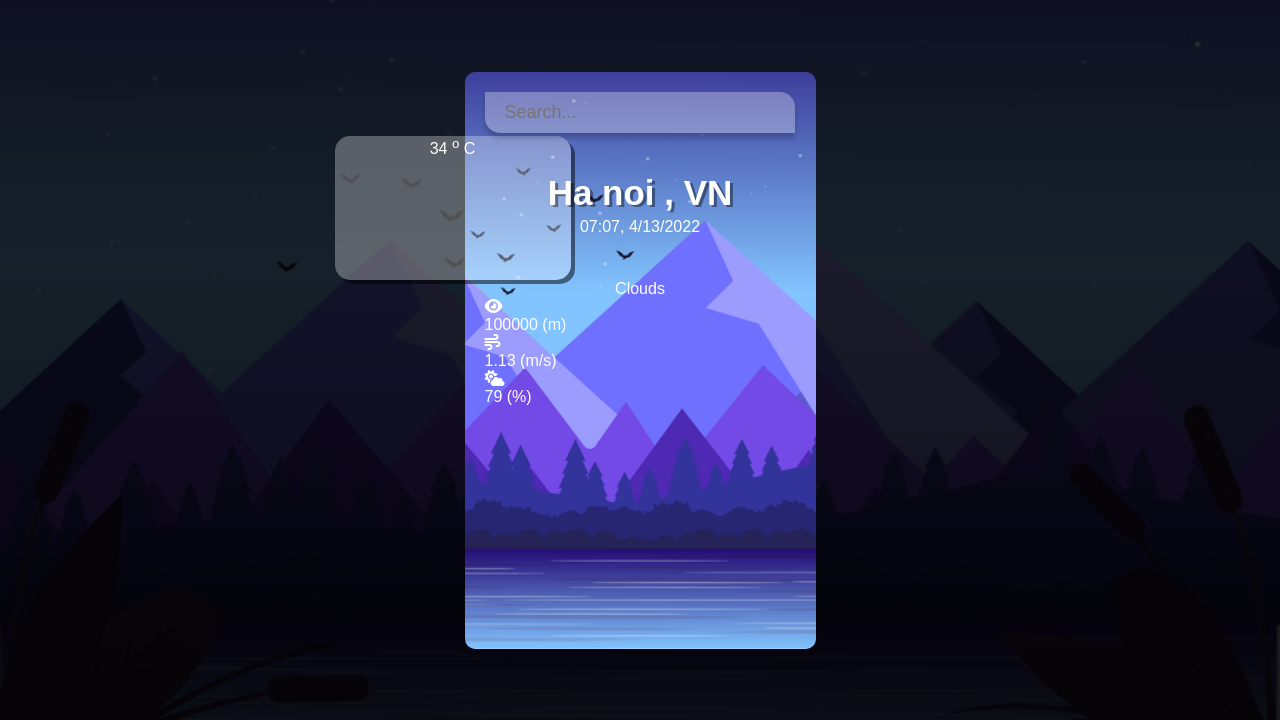
Repository: nganha241/weather-app
Page: index.html
These files come from the project's save history. The page is drawn as it stood at one moment and after the next save; the edit follows.
The browser window is 1280 px wide. The pictures show the whole page.
Some web libraries are served in a nearby version.

Above is the page before, as saved 2022-04-13 09:40:54.

### index.html
<!DOCTYPE html>
<html lang="en">
  <head>
    <meta charset="UTF-8" />
    <meta http-equiv="X-UA-Compatible" content="IE=edge" />
    <meta name="viewport" content="width=device-width, initial-scale=1.0" />
    <title>Document</title>
    <link rel="stylesheet" href="./style.css" />
  </head>
  <body>
    <div id="weather">
      <div class="header">
        <input type="text" placeholder="Search..." />
      </div>
      <div class="content">
        <div class="city">Ha noi , <span class="country">VN</span></div>
        <div class="time">07:07, <span class="date">4/13/2022</span></div>
        <div class="deg">34 <sup>o</sup> C</div>
        <div class="status">Clouds</div>
      </div>
      <div class="footer">
        <div class="detail">
          <div class="distance">
            <div><i class="fa-solid fa-eye"></i></div>
            <div>100000 <span>(m)</span></div>
          </div>
          <div class="speed">
            <div><i class="fa-solid fa-wind"></i></div>
            <div>1.13 <span>(m/s)</span></div>
          </div>
          <div class="humidity">
            <div><i class="fa-solid fa-cloud-sun"></i></div>
            <div>79 <span>(%)</span></div>
          </div>
        </div>
      </div>
    </div>
    <script
      src="https://kit.fontawesome.com/ae971d7ee0.js"
      crossorigin="anonymous"
    ></script>
    <script src="./main.js"></script>
  </body>
</html>

### style.css
* {
    padding: 0;
    margin: 0;
    box-sizing: border-box;
}

body {
    font-family: sans-serif;
    height: 100vh;
    display: flex;
    justify-content: center;
    align-items: center;
    background: linear-gradient(to top, rgba(0, 0, 0, 0.9), rgba(0, 0, 0, 0.8)), url(./img1.png) no-repeat center/cover;
    color: #fff;
}

#weather {
    padding: 20px;
    width: 351px;
    height: 577px;
    border: none;
    border-radius: 10px;
    background: url(./img1.png) no-repeat center/cover;
}

.header input{
    width: 310px;
    height: 41px;
    border-radius: 0px 15px 0px 15px;
    border: none;
    background: rgba(255, 255, 255, 0.3);
    box-shadow: 0px 5px 5px rgba(0, 0, 0, 0.2);
    outline: none;
    font-size: 18px;
    padding: 0 20px;
    transition: 0.4s;
}

.header input:focus {
    border-radius: 15px 0px 15px 0px;
    background: rgba(255, 255, 255, 0.7);
}

.content {
    margin-top: 40px;
    text-align: center;
}

.city {
    font-size: 35px;
    font-weight: 600;
    text-shadow: 3px 2px rgba(0, 0, 0, 0.4);
}

.time {
    margin-top: 5px;
}

.deg {
    width: 236px;
    height: 144px;
    border-radius: 15px;
    background: rgba(255, 255, 255, 0.3);
    box-shadow: 4px 4px rgba(0, 0, 0, 0.5);
    /* position: fixed;
    top: 50%;
    left: 50%;
    transform: translate(-50%, -50%); */
    top: 50%;
    left: 50%;
    margin-left: -150px;
margin-top: -100px;
}

Loaded but not shown: main.js (no copy from this time; the picture is the same without it)

After the next save:
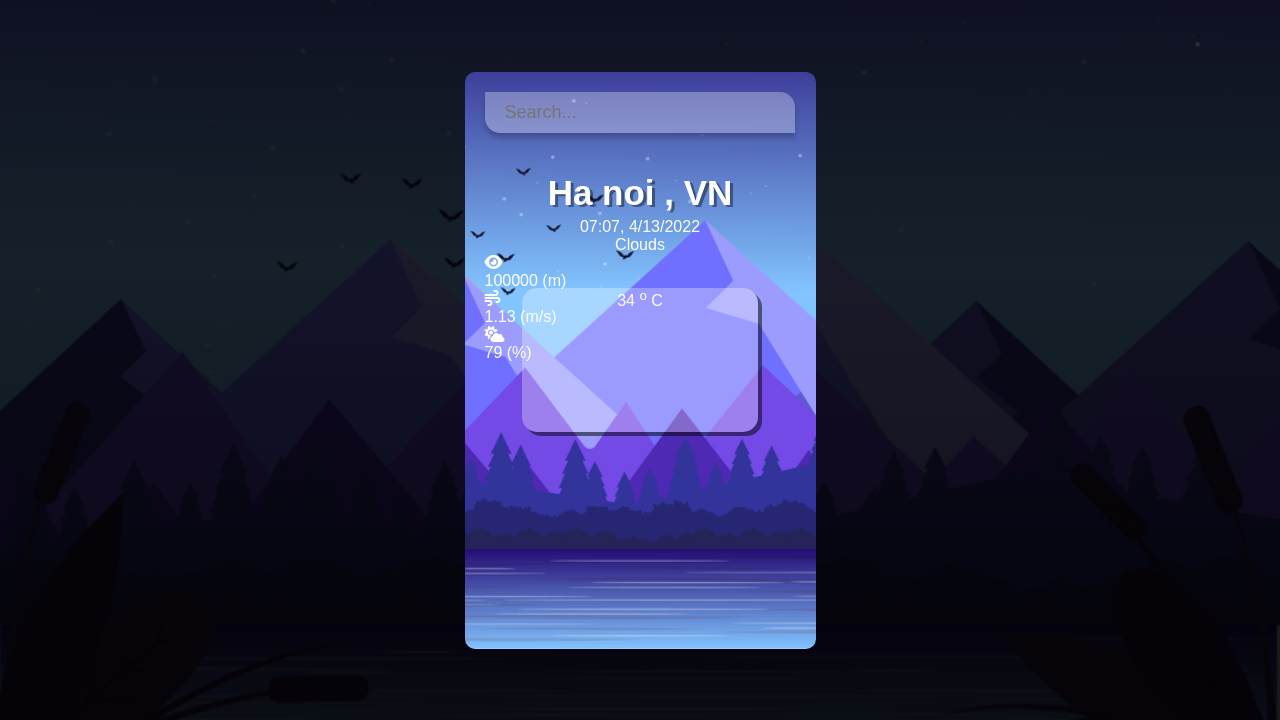
Saved 17 s later.
--- a/style.css
+++ b/style.css
@@ -62,12 +62,8 @@ body {
     border-radius: 15px;
     background: rgba(255, 255, 255, 0.3);
     box-shadow: 4px 4px rgba(0, 0, 0, 0.5);
-    /* position: fixed;
+    position: fixed;
     top: 50%;
     left: 50%;
-    transform: translate(-50%, -50%); */
-    top: 50%;
-    left: 50%;
-    margin-left: -150px;
-margin-top: -100px;
+    transform: translate(-50%, -50%);
 }
